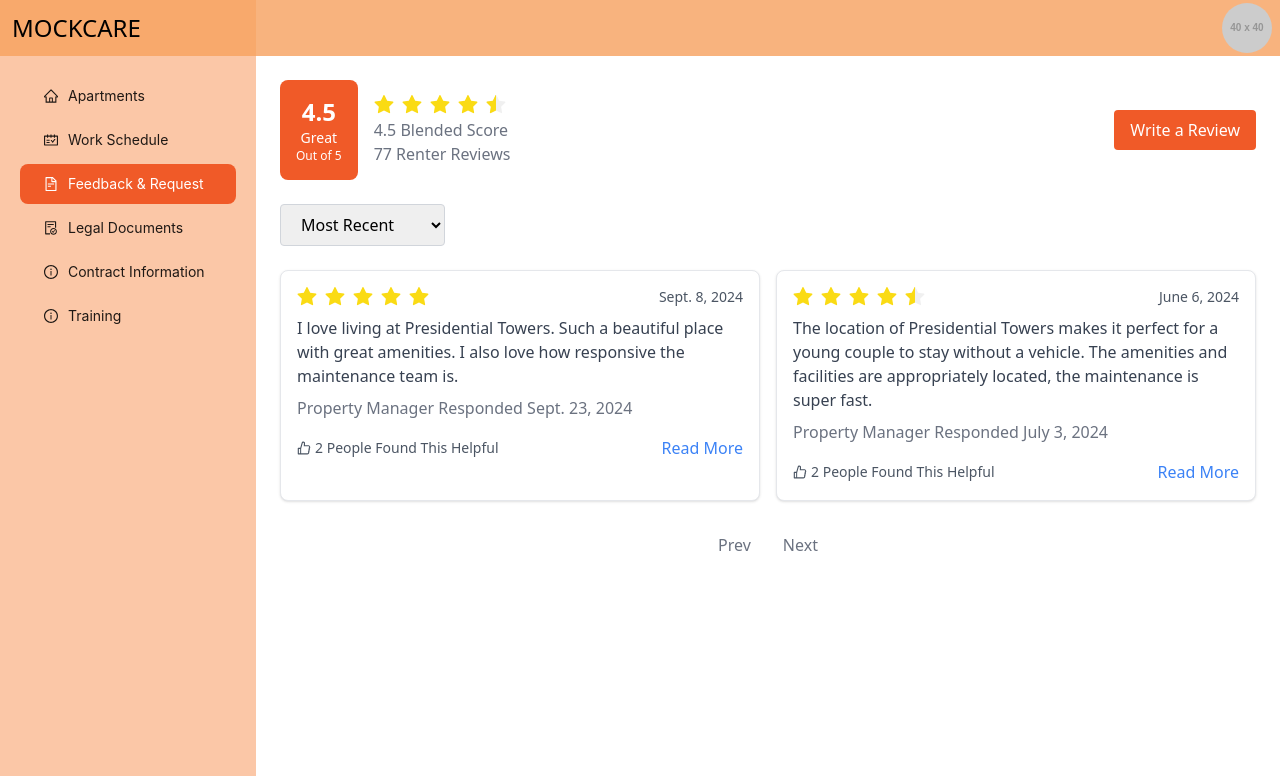
Repository: dunh-real/MockProject_102024_Nhom4
Page: / (app in frontend/)
An editor plug-in stored every save of this project. The page is shown before and after the next save, followed by the edit.
The browser window is 1280 px wide. The pictures show the whole page.
The project was rebuilt for these pictures with package versions that can differ from the ones it lists, and the page was loaded fresh each time. Also part of the build but not shown: frontend/vite.config.js, frontend/vite.config.ts, frontend/src/App.css, frontend/src/component/ReviewModal.tsx.

Above is the page before, as saved 2024-10-09 12:32:42.

After the next save:
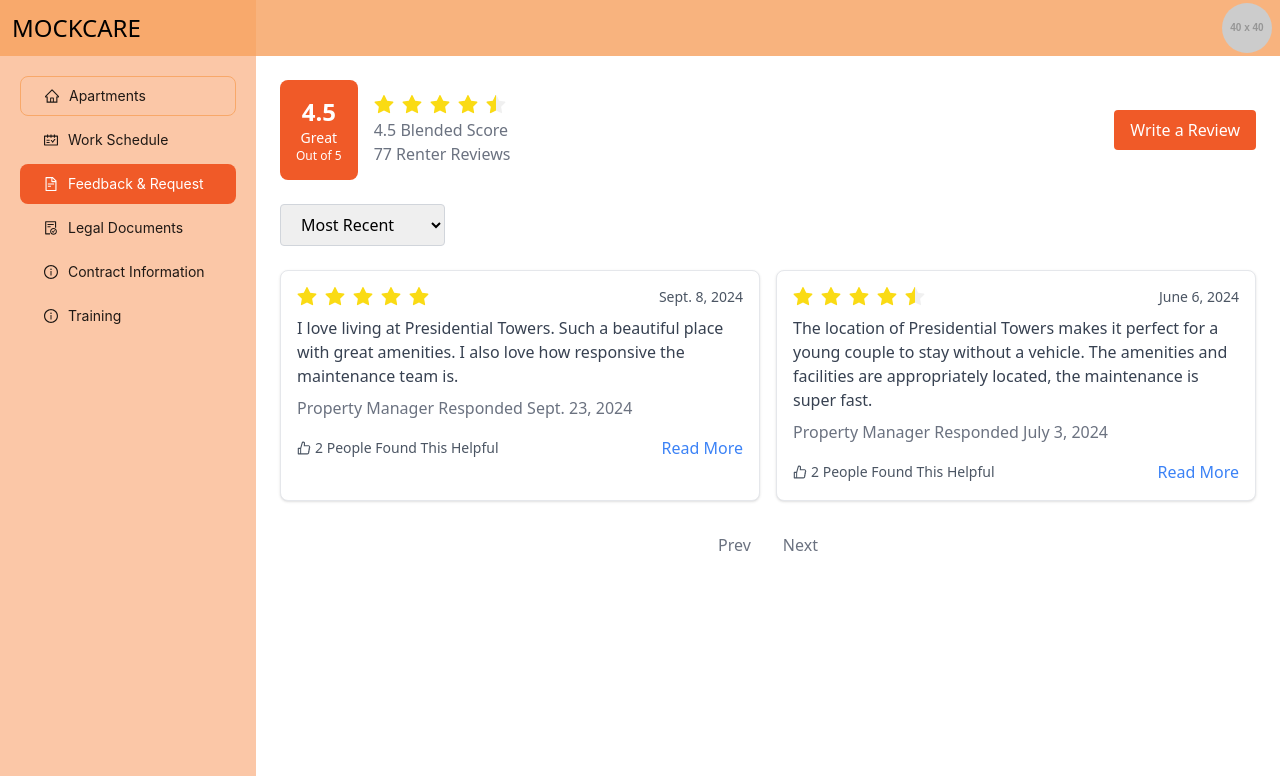
Saved 118 s later.
--- a/frontend/src/component/Sidebar.tsx
+++ b/frontend/src/component/Sidebar.tsx
@@ -10,7 +10,7 @@ const Sidebar = () => {
         mode="inline"
         style={{ backgroundColor: '#fbc7a7', borderRight: 0 }}
       >
-        <Menu.Item key="apartments" icon={<HomeOutlined />} style={{ padding: '12px 24px' }}>
+        <Menu.Item key="apartments" icon={<HomeOutlined />} style={{ padding: '12px 24px', border:1, borderStyle:'solid', borderColor:'#F8A869' }}>
           Apartments
         </Menu.Item>
         <Menu.Item key="schedule" icon={<ScheduleOutlined />} style={{ padding: '12px 24px' }}>
